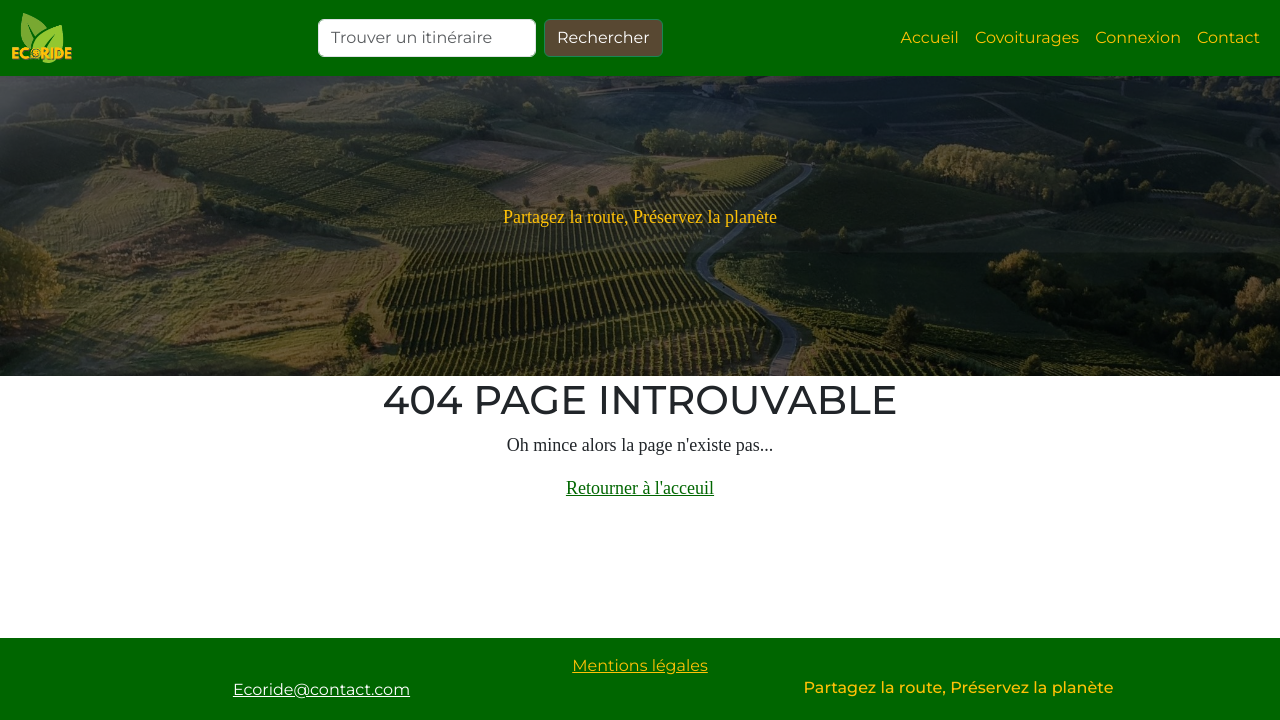
Repository: lemonhao9/ECF
Page: index.html
An editor plug-in stored every save of this project. The page is shown before and after the next save, followed by the edit.
The browser window is 1280 px wide. The pictures show the whole page.
The pointer rests on the first visible `.navbar button`.
Some web fonts or font styles are not loaded; a fallback is used. The style sheet was rebuilt from its Sass, Less or Tailwind sources for each picture, by a compiler version that may differ from the author's.

Above is the page before, as saved 2025-02-13 18:18:15.

### index.html
<!DOCTYPE html>
<html lang="fr">
<head>
    <meta charset="UTF-8">
    <meta name="viewport" content="width=device-width, initial-scale=1.0">
    <link rel="preconnect" href="https://fonts.googleapis.com">
    <link rel="preconnect" href="https://fonts.gstatic.com" crossorigin>
    <link href="https://fonts.googleapis.com/css2?family=Hind+Madurai:wght@300;400;500;600;700&family=Montserrat:ital,wght@0,100..900;1,100..900&display=swap" rel="stylesheet">
    <link rel="stylesheet" href="/scss/main.css"/>
    <title>EcoRide</title>
</head>
<body>

    <header>
<nav class="navbar navbar-expand-lg bg-primary" data-bs-theme="light">
  <div class="container-fluid">
        <a class="navbar-brand" href="/"><img src="/images/ECORIDElogov2-Photoroom.png" class="img-fluid" alt="logo EcoRide" width="60px"height="50px"></a>
        <button class="navbar-toggler" type="button" data-bs-toggle="collapse" data-bs-target="#navbarSupportedContent" aria-controls="navbarSupportedContent" aria-expanded="false" aria-label="Toggle navigation">
      <span class="navbar-toggler-icon"></span>
        </button>
     <div class="collapse navbar-collapse" id="navbarSupportedContent">
        <div class="d-flex justify-content-center w-100">
            <form class="d-flex" role="search">
              <input class="form-control me-2" type="search" placeholder="Trouver un itinéraire" aria-label="Search">
              <button class="btn btn-outline-success bg-secondary text-black" type="submit">Rechercher</button>
            </form>
          </div>
      <ul class="navbar-nav ms-auto mb-2 mb-lg-0">
        <li class="nav-item">
          <a class="nav-link text-secondary" href="/">Accueil</a>
        </li>
        <li class="nav-item">
          <a class="nav-link text-secondary" href="/formCovoit">Covoiturages</a>
        </li>
        <li class="nav-item">
          <a class="nav-link text-secondary text-nowrap" href="/profile" data-show="user">Mon profil</a>
        </li>
        <li class="nav-item" data-show="disconnected">
            <a class="nav-link text-secondary" href="/login">Connexion</a>
          </li>
          <li class="nav-item"data-show="connected">
            <button class="nav-link text-secondary rounded" id="signout-btn">Déconnexion</a>
          </li>
          <li class="nav-item">
            <a class="nav-link text-secondary" href="mailto:Ecoride@contact.com">Contact</a>
          </li>
      </ul>
    </div>
  </div>
</nav>
    </header>

    <main id="main-page">
        <!-- Injection du contenu des différentes pages-->
    </main>
    <footer class="bg-primary text-center footer pt-3">
        <div class="row">
            <div class="col-12">
                <a href="#" class="text-secondary">Mentions légales</a>
            </div>
            <div class="col-6">
                <a href="mailto:Ecoride@contact.com" class="text-white">Ecoride@contact.com</a>
            </div>
            <div class="col-6 text-secondary">
                <h3>Partagez la route, Préservez la planète</h3>
            </div>
        </div>
    </footer>

    <script src="./js/script.js"></script>
    <script type="module" src="./Router/router.js"></script>
    <script src="node_modules/bootstrap/dist/js/bootstrap.bundle.min.js"></script>

</body>
</html>

### js/script.js
const tokenCookieName = "accesstoken";
const RoleCookieName = "role";
const signoutBtn = document.getElementById("signout-btn")

signoutBtn.addEventListener("click", signout);

function getRole(){
    return getCookie(RoleCookieName)
}

function signout(){
    eraseCookie(tokenCookieName);
    eraseCookie(RoleCookieName)
    window.location.reload();
}


function setToken(token){
    setCookie(tokenCookieName, token, 7);
}

function getToken(){
    return getCookie(tokenCookieName);
}

function setCookie(name,value,days) {
    var expires = "";
    if (days) {
        var date = new Date();
        date.setTime(date.getTime() + (days*24*60*60*1000));
        expires = "; expires=" + date.toUTCString();
    }
    document.cookie = name + "=" + (value || "")  + expires + "; path=/";
}

function getCookie(name) {
    var nameEQ = name + "=";
    var ca = document.cookie.split(';');
    for(var i=0;i < ca.length;i++) {
        var c = ca[i];
        while (c.charAt(0)==' ') c = c.substring(1,c.length);
        if (c.indexOf(nameEQ) == 0) return c.substring(nameEQ.length,c.length);
    }
    return null;
}

function eraseCookie(name) {
    document.cookie = name +'=; Path=/; Expires=Thu, 01 Jan 1970 00:00:01 GMT;';
}

function isConnected(){
    if(getToken() == null || getToken == undefined){
        return false;
    }
    else{
        return true;
    }
}

/*
disconnected (visiteur)
connected (admin ou employé ou utilisateur)
            -admin
            -employee
            -conducteur
            -passager conducteur
            -passenger
            -user
*/

function showAndHideElementsForRoles(){
    const userConnected = isConnected();
    const role = getRole();

    let allElementsToEdit = document.querySelectorAll('[data-show]');

    allElementsToEdit.forEach(element =>{
        switch(element.dataset.show){
            case 'disconnected':
                if(userConnected){
                    element.classList.add("d-none")
                }
                break;
            case 'connected':
                if(!userConnected){
                    element.classList.add("d-none")
                }
                    break;
            case 'admin':
                if(!userConnected || role != "admin"){
                    element.classList.add("d-none")
                }
                break;
            case 'employee':
                if(!userConnected || role != "employee"){
                    element.classList.add("d-none")
                }
                break;
            case 'driver':
                if(!userConnected || role != "driver"){
                    element.classList.add("d-none")
                }
                    break;
            case 'passengerDriver':
                if(!userConnected  || role != "passengerDriver"){
                    element.classList.add("d-none")
                }
                        break;
            case 'passenger':
                if(!userConnected){
                    element.classList.add("d-none")
                }
                break;
                case 'user':
                    if(!userConnected || role == "admin" || role == "employee"){
                        element.classList.add("d-none")
                    }
                    break;
        }
    })
}

### Router/router.js
import Route from "./Route.js";
import { allRoutes, websiteName } from "./allRoutes.js";

// Création d'une route pour la page 404 (page introuvable)
const route404 = new Route("404", "Page introuvable", "/pages/404.html");

// Fonction pour récupérer la route correspondant à une URL donnée
const getRouteByUrl = (url) => {
  let currentRoute = null;
  // Parcours de toutes les routes pour trouver la correspondance
  allRoutes.forEach((element) => {
    if (element.url == url) {
      currentRoute = element;
    }
  });
  // Si aucune correspondance n'est trouvée, on retourne la route 404
  if (currentRoute != null) {
    return currentRoute;
  } else {
    return route404;
  }
};

// Fonction pour charger le contenu de la page
const LoadContentPage = async () => {
  const path = window.location.pathname;
  // Récupération de l'URL actuelle
  const actualRoute = getRouteByUrl(path);
  // Récupération du contenu HTML de la route
  const html = await fetch(actualRoute.pathHtml).then((data) => data.text());
  // Ajout du contenu HTML à l'élément avec l'ID "main-page"
  document.getElementById("main-page").innerHTML = html;

  // Ajout du contenu JavaScript
  if (actualRoute.pathJS != "") {
    // Création d'une balise script
    var scriptTag = document.createElement("script");
    scriptTag.setAttribute("type", "text/javascript");
    scriptTag.setAttribute("src", actualRoute.pathJS);

    // Ajout de la balise script au corps du document
    document.querySelector("body").appendChild(scriptTag);
  }

  // Changement du titre de la page
  document.title = actualRoute.title + " - " + websiteName;

  //Afficher et masquer éléments en fonction du rôle
  showAndHideElementsForRoles();
};

// Fonction pour gérer les événements de routage (clic sur les liens)
const routeEvent = (event) => {
  event = event || window.event;
  event.preventDefault();
  // Mise à jour de l'URL dans l'historique du navigateur
  window.history.pushState({}, "", event.target.href);
  // Chargement du contenu de la nouvelle page
  LoadContentPage();
};

// Gestion de l'événement de retour en arrière dans l'historique du navigateur
window.onpopstate = LoadContentPage;
// Assignation de la fonction routeEvent à la propriété route de la fenêtre
window.route = routeEvent;
// Chargement du contenu de la page au chargement initial
LoadContentPage();

### Router/allRoutes.js
import Route from "./Route.js";

//Définir ici vos routes
export const allRoutes = [
    new Route("/", "Accueil", "./pages/home.html"),
    new Route("/profile", "Profil", "./pages/auth/profile.html"),
    new Route("/login", "Connexion", "./pages/auth/login.html", "./js/auth/login.js"),
    new Route("/signup", "Inscription", "./pages/auth/signup.html", "./js/auth/signup.js"),
    new Route("/formCovoit", "Covoiturages", "./pages/covoiturages/formCovoit.html"),
    new Route("/vueCovoit", "Se déplacer", "./pages/covoiturages/vueCovoit.html")
];

//Le titre s'affiche comme ceci : Route.titre - websitename
export const websiteName = "EcoRide";

### pages/404.html
<div class="hero-scene text-center text-secondary">
    <div class="hero-scene-content">
        <p>Partagez la route, Préservez la planète</p>
    </div>
</div>

<div class="text-center justify-content--center">
    <h1>404 PAGE INTROUVABLE</h1>
    <p>Oh mince alors la page n'existe pas...</p>
    <p><a href="/">Retourner à l'acceuil</a></p>
</div>

### scss/main.scss
@import 'custom';

html {
    position: relative;
    min-height: 100%;
}

main{
    margin-bottom: 82px;
}

.text-justify{
    text-align: justify;
}

// ...Style du Footer...

footer.footer {
    padding: 15px;
    position:absolute;
    bottom:0;
    width: 100%;
}

footer h3{
    font-size: 16px;
}

footer a:hover{
        color:$dark !important;
}

p{
    font-family: $font-family-serif;
    font-size: 18px;
}

.joinBtn:hover{
    background-color: $dark;
    color: white !important;
}

.covoitBtn:hover{
    background-color: $primary;
    color: white;
}

.voirCovBtn:hover{
    color: white;
    background-color: $primary;
}

// ...Style du burger...
.navbar-toggler-icon {
    background-image: url("data:[embedded picture, 225 characters]");
  }
.navbar-toggler{
  border:none;
}
.navbar-toggler:focus{
  box-shadow: none;
}

.navbar button:hover{
    background-color: $dark !important;
    color: white !important;
}

.navbar a:hover{
    background-color: $dark;
    color: white !important;
    border-radius: 8px;
}

// ...Style du Heroscene...

.hero-scene{
    position: relative;
    &::before{
        content: "";
        position: absolute;
        top: 0;
        left: 0;
        width: 100%;
        height: 100%;
        background-image: url(../images/HerosceneGDsize.jpg);
        background-size: cover;
        filter: brightness(0.4);
    }

    *{
        position: relative;
    }

    .hero-scene-content{
        height: 300px;
        display: flex;
        flex-direction: column;
        align-items: center;
        justify-content: center;
    }
}

.formulaire{
    background-color: #584832;
}

.form-label{
    color: $primary;
}

.lescovoiturages{
    a{
        display: block;
        color: white;
        text-decoration: none;
        padding: 10px;
        background-color: $dark;
    }
}

### scss/_custom.scss
// On défini notre charte graphique ainsi que les différentes polices d'écriture.

$primary: #006600;
$secondary: #FFC107;
$dark:#584832;
$black:  #392C1E;
$font-family-sans-serif: "Montserrat", sans-serif !default;
$font-family-serif: "Hind Madurai", serif !default;

@import "../node_modules/bootstrap/scss/bootstrap";

Loaded but not shown: node_modules/bootstrap/dist/js/bootstrap.bundle.min.js (library); Router/Route.js (common file)

After the next save:
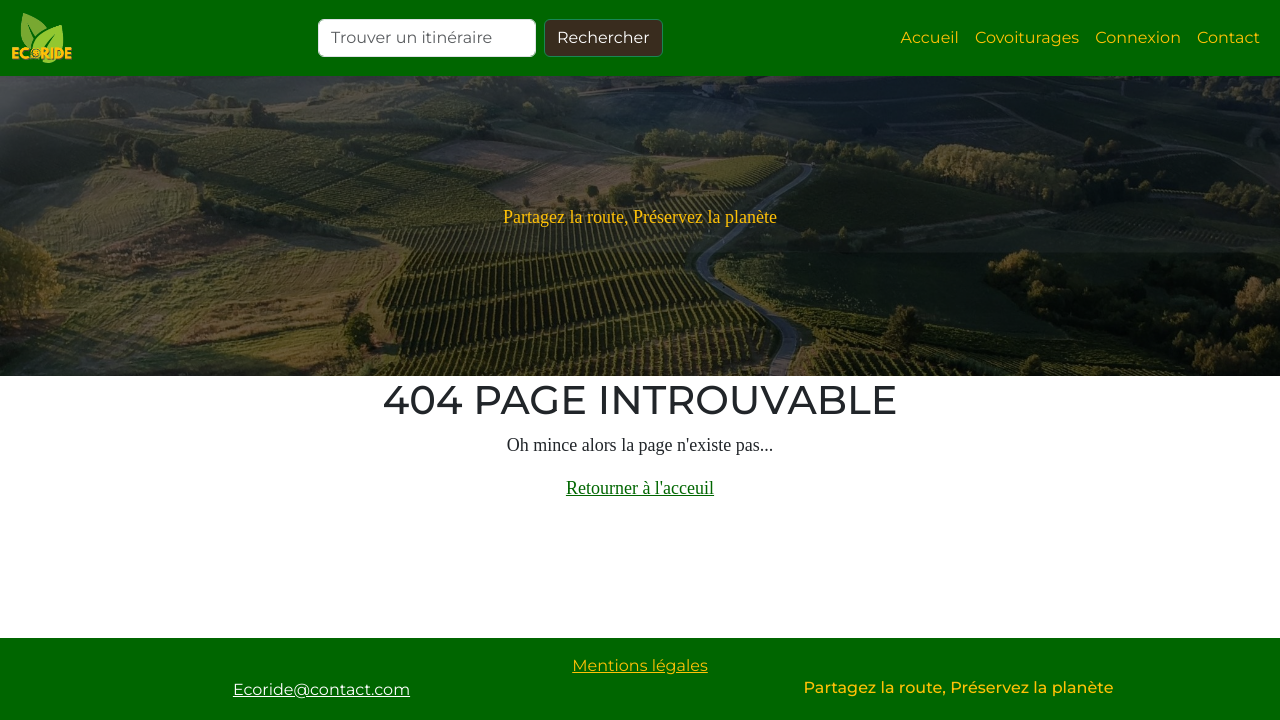
Saved 103 s later.
--- a/scss/main.scss
+++ b/scss/main.scss
@@ -62,7 +62,7 @@ p{
 }
 
 .navbar button:hover{
-    background-color: $dark !important;
+    background-color: $black !important;
     color: white !important;
 }
 
